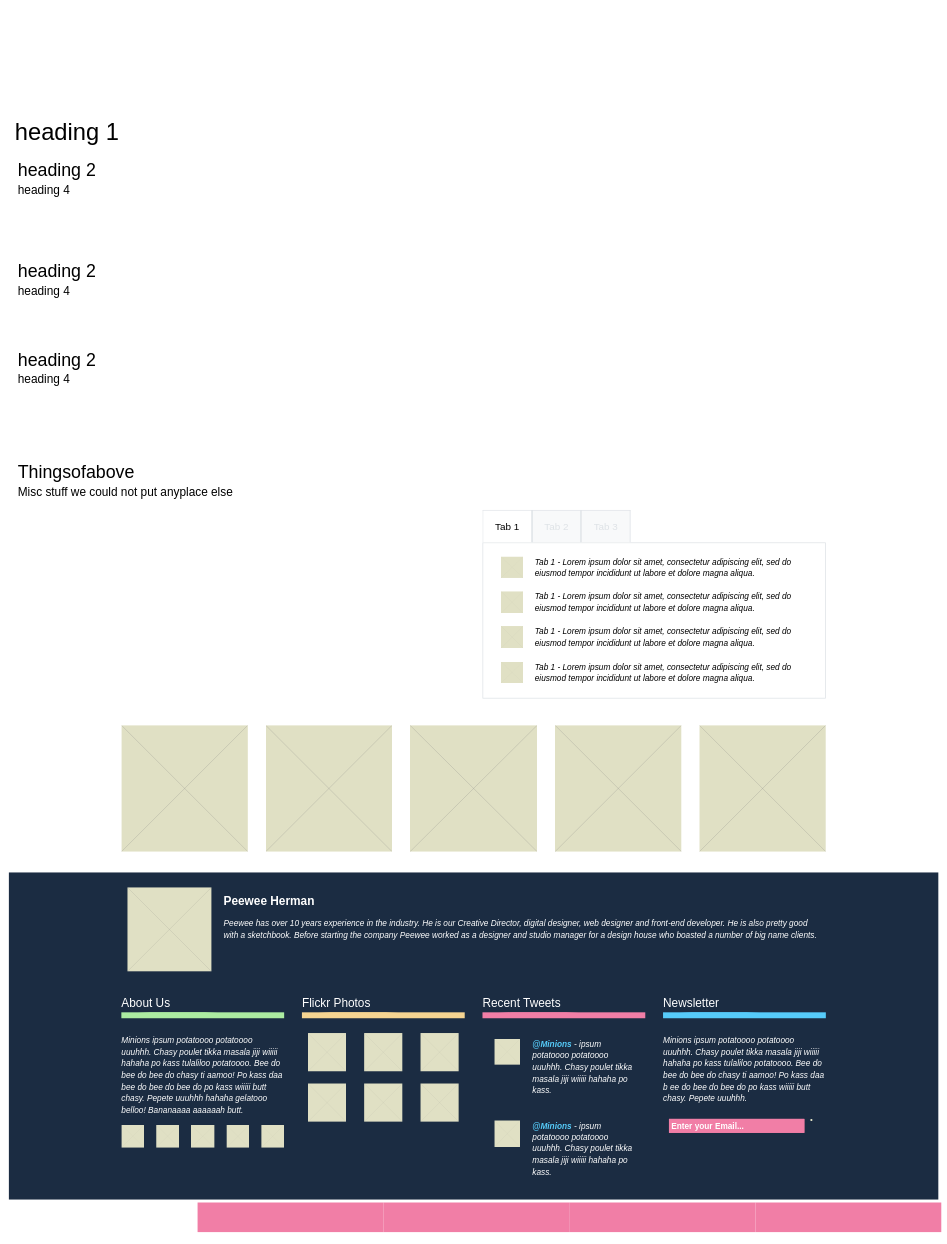
Repository: MonicaNguyenH/LAB-02A-Project1
Page: index.html
The author's editor kept a copy of each file at every save. The page is drawn from the files as they stood at one save, then again after the next save.
The browser window is 1280 px wide. The pictures show the whole page, at 74% of full size.

Above is the page before, as saved 2024-02-08 18:05:24.

After the next save:
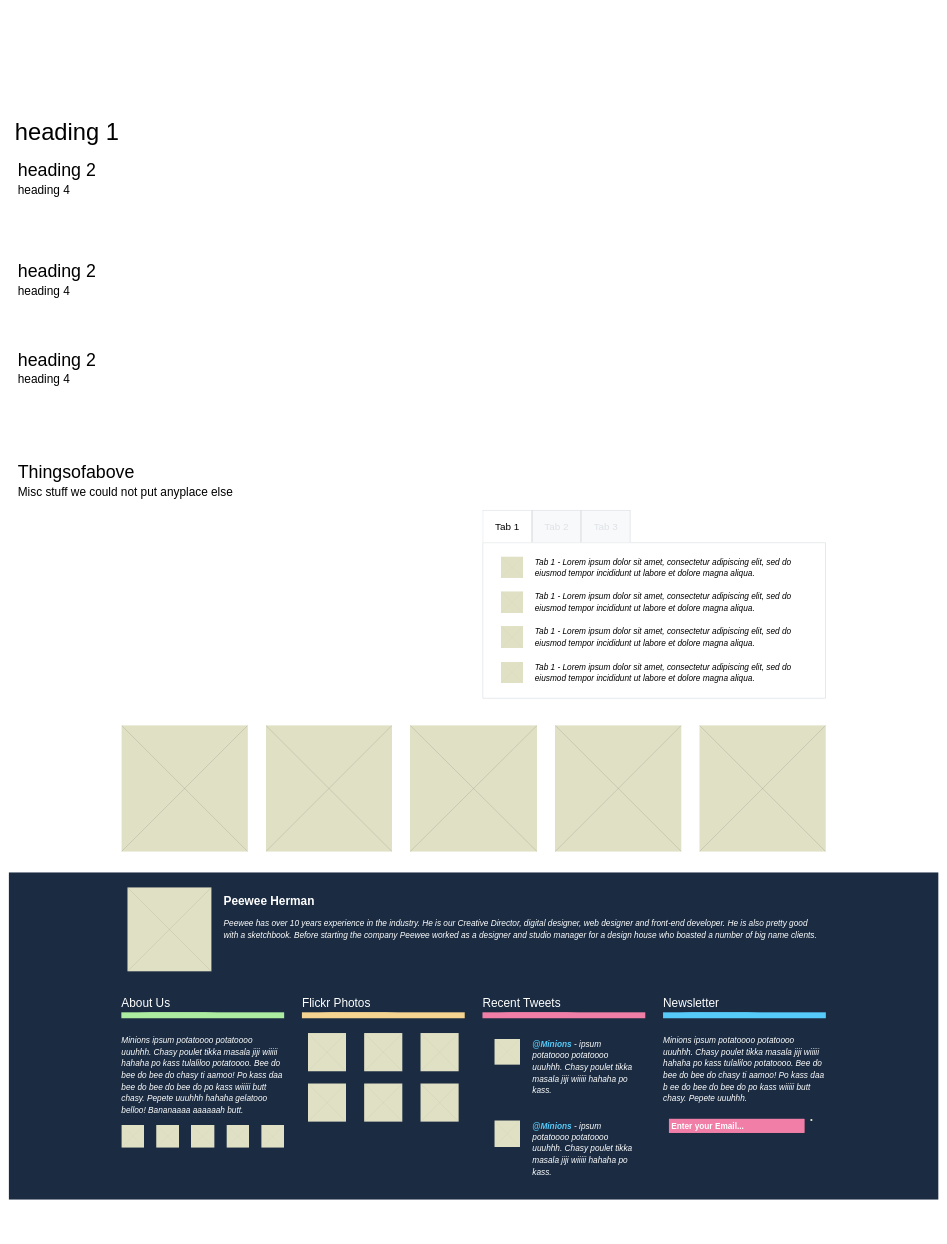
Saved 17 s later.
--- a/css/style.css
+++ b/css/style.css
@@ -325,8 +325,7 @@
 .dark-blue
  {
     height: 2rem;
-    width: 100%;
-    background-color: var(--pink);
+    width: 50%;
 }
 
 
